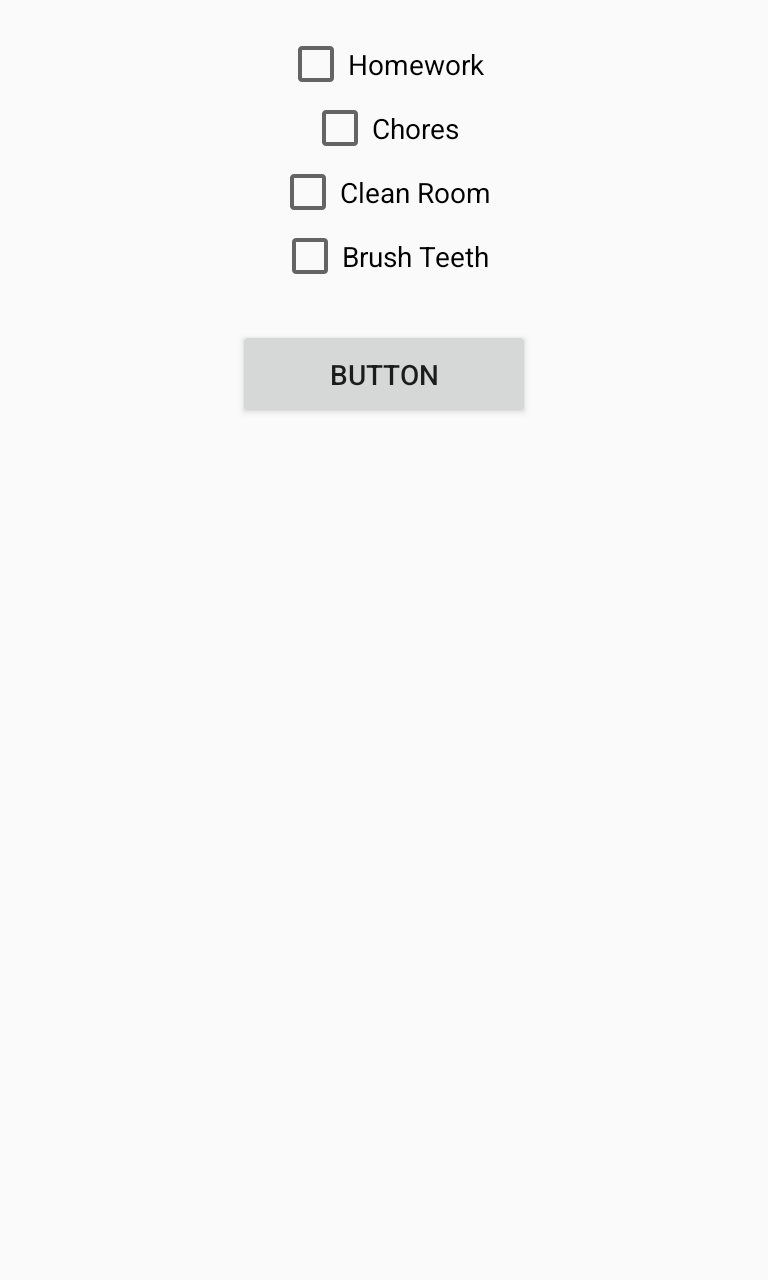
Repository: g80349/Java1
Layout: Week1 Project/ToDoList/res/layout/fragment_main.xml
The author's editor kept a copy of each file at every save. The layout is drawn from the files as they stood at one save, then again after the next save.
It is drawn on a 768 x 1280 px phone screen (xhdpi) without system bars, with theme AppTheme; the app's code is not run. The app's manifest (not shown) leaves right-to-left support off. So textAlignment, textDirection and layoutDirection are ignored, and left and right values win over start and end ones.

Above is the layout before, as saved 2014-04-03 16:57:03.

After the next save:
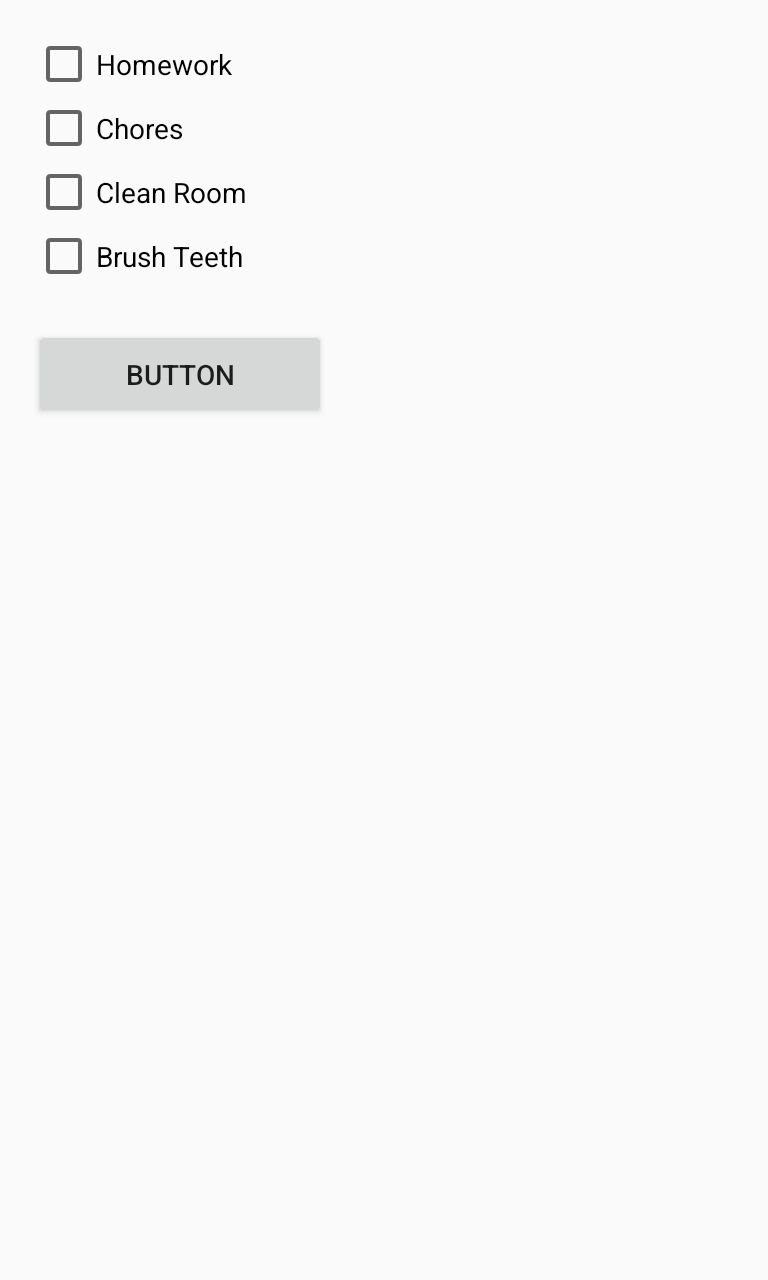
Saved 20 min 23 s later.
--- a/Week1 Project/ToDoList/res/layout/fragment_main.xml
+++ b/Week1 Project/ToDoList/res/layout/fragment_main.xml
@@ -2,13 +2,11 @@
     xmlns:tools="http://schemas.android.com/tools"
     android:layout_width="match_parent"
     android:layout_height="match_parent"
-    android:gravity="center_horizontal"
     android:orientation="vertical"
     android:paddingBottom="@dimen/activity_vertical_margin"
     android:paddingLeft="@dimen/activity_horizontal_margin"
     android:paddingRight="@dimen/activity_horizontal_margin"
     android:paddingTop="@dimen/activity_vertical_margin"
-    android:textAlignment="center"
     tools:context="com.example.todolist.MainActivity$PlaceholderFragment" >
 
     <CheckBox
@@ -45,7 +43,6 @@
         android:id="@+id/button1"
         android:layout_width="148dp"
         android:layout_height="wrap_content"
-        android:layout_gravity="center_horizontal"
         android:text="Button" />
 
 </LinearLayout>
